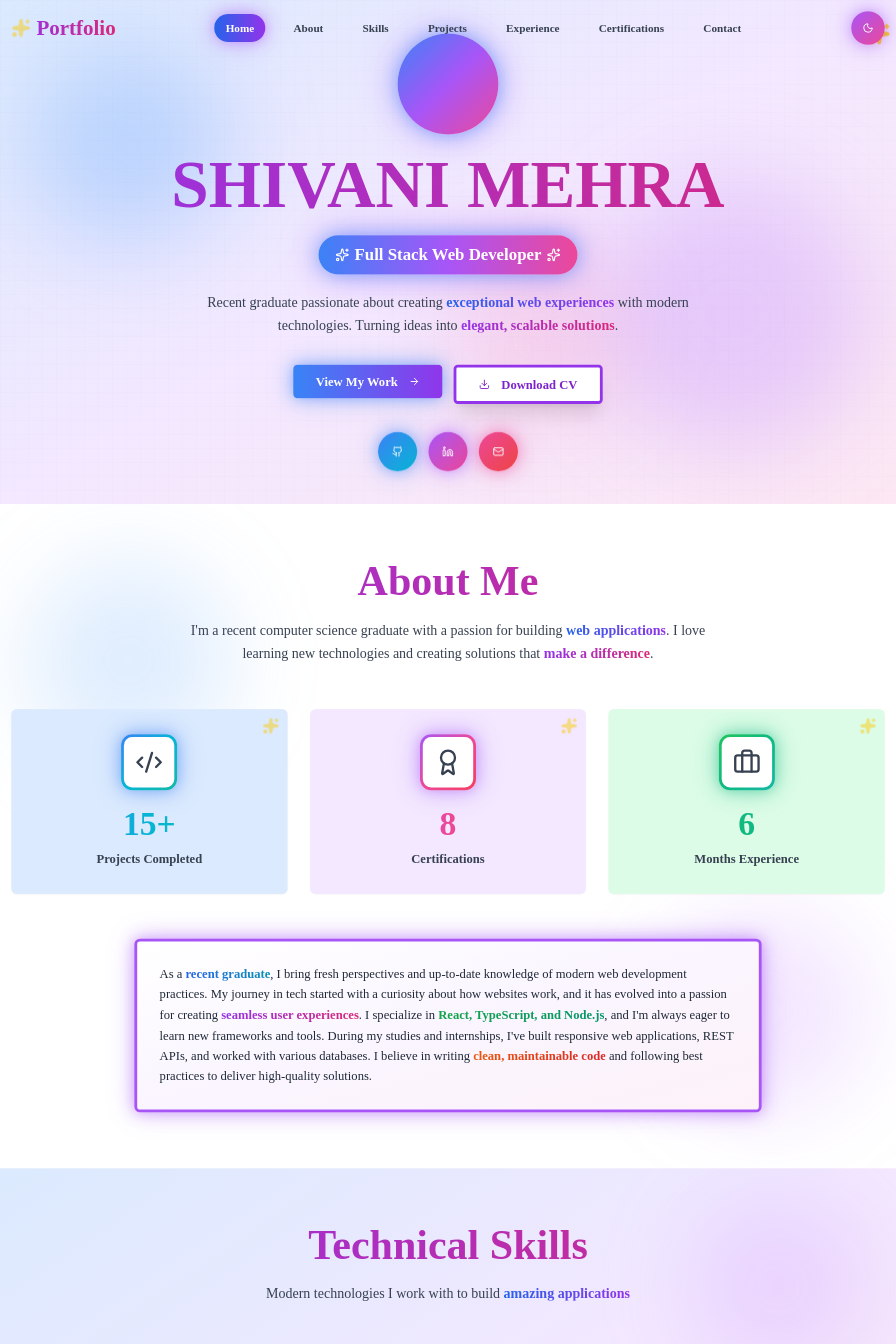
Repository: sm6746/PORTFOLIO
Page: /
An editor plug-in stored every save of this project. The page is shown before and after the next save, followed by the edit.
The browser window is 1280 px wide. The pictures show the part of the page from y = 0 to 1920 px (the page is 8297 px tall), at 70% of full size.
The project was rebuilt for these pictures with package versions that can differ from the ones it lists, and the page was loaded fresh each time. Also part of the build but not shown: vite.config.ts.

Above is the page before, as saved 2025-11-06 21:26:10.

### index.html
<!DOCTYPE html>
<html lang="en">
  <head>
    <meta charset="UTF-8" />
    <link rel="icon" type="image/svg+xml" href="/favicon.svg" />
    <meta name="viewport" content="width=device-width, initial-scale=1.0" />
    <title>Portfolio</title>
  </head>
  <body>
    <div id="root"></div>
    <script type="module" src="/app/main.tsx"></script>
  </body>
</html>

### app/main.tsx
import React from 'react'
import ReactDOM from 'react-dom/client'
import App from './app'
import './globals.css'

ReactDOM.createRoot(document.getElementById('root')!).render(
  <React.StrictMode>
    <App />
  </React.StrictMode>,
)

### app/app.tsx
import { ThemeProvider } from '@/lib/theme-context';
import { Header } from '@/components/header';
import { HeroSection } from '@/components/hero-section';
import { AboutSection } from '@/components/about-section';
import { SkillsSection } from '@/components/skills-section';
import { ProjectsSection } from '@/components/projects-section';
import { ExperienceSection } from '@/components/experience-section';
import { CertificationsSection } from '@/components/certifications-section';
import { ContactSection } from '@/components/contact-section';
import { Footer } from '@/components/footer';
import { ScrollToTop } from '@/components/scroll-to-top';

function App() {
  return (
    <ThemeProvider>
      <div className="min-h-screen bg-white dark:bg-gray-900 transition-colors duration-300">
        <Header />
        <main>
          <HeroSection />
          <AboutSection />
          <SkillsSection />
          <ProjectsSection />
          <ExperienceSection />
          <CertificationsSection />
          <ContactSection />
        </main>
        <Footer />
        <ScrollToTop />
      </div>
    </ThemeProvider>
  );
}

export default App;

### app/globals.css
@tailwind base;
@tailwind components;
@tailwind utilities;

@layer base {
  :root {
    --background: 0 0% 100%;
    --foreground: 222.2 84% 4.9%;
    --card: 0 0% 100%;
    --card-foreground: 222.2 84% 4.9%;
    --popover: 0 0% 100%;
    --popover-foreground: 222.2 84% 4.9%;
    --primary: 221.2 83.2% 53.3%;
    --primary-foreground: 210 40% 98%;
    --secondary: 210 40% 96.1%;
    --secondary-foreground: 222.2 47.4% 11.2%;
    --muted: 210 40% 96.1%;
    --muted-foreground: 215.4 16.3% 46.9%;
    --accent: 210 40% 96.1%;
    --accent-foreground: 222.2 47.4% 11.2%;
    --destructive: 0 84.2% 60.2%;
    --destructive-foreground: 210 40% 98%;
    --border: 214.3 31.8% 91.4%;
    --input: 214.3 31.8% 91.4%;
    --ring: 221.2 83.2% 53.3%;
    --radius: 0.5rem;
  }

  .dark {
    --background: 222.2 84% 4.9%;
    --foreground: 210 40% 98%;
    --card: 222.2 84% 4.9%;
    --card-foreground: 210 40% 98%;
    --popover: 222.2 84% 4.9%;
    --popover-foreground: 210 40% 98%;
    --primary: 217.2 91.2% 59.8%;
    --primary-foreground: 222.2 47.4% 11.2%;
    --secondary: 217.2 32.6% 17.5%;
    --secondary-foreground: 210 40% 98%;
    --muted: 217.2 32.6% 17.5%;
    --muted-foreground: 215 20.2% 65.1%;
    --accent: 217.2 32.6% 17.5%;
    --accent-foreground: 210 40% 98%;
    --destructive: 0 62.8% 30.6%;
    --destructive-foreground: 210 40% 98%;
    --border: 217.2 32.6% 17.5%;
    --input: 217.2 32.6% 17.5%;
    --ring: 224.3 76.3% 48%;
  }
}

@layer base {
  * {
    @apply border-border;
  }
  body {
    @apply bg-background text-foreground;
  }
}

@layer utilities {
  .bg-grid-pattern {
    background-image: linear-gradient(to right, rgba(0, 0, 0, 0.1) 1px, transparent 1px),
      linear-gradient(to bottom, rgba(0, 0, 0, 0.1) 1px, transparent 1px);
    background-size: 20px 20px;
  }

  .glow-blue {
    box-shadow: 0 0 20px rgba(59, 130, 246, 0.5), 0 0 40px rgba(59, 130, 246, 0.3);
  }

  .glow-purple {
    box-shadow: 0 0 20px rgba(168, 85, 247, 0.5), 0 0 40px rgba(168, 85, 247, 0.3);
  }

  .glow-pink {
    box-shadow: 0 0 20px rgba(236, 72, 153, 0.5), 0 0 40px rgba(236, 72, 153, 0.3);
  }

  .glow-green {
    box-shadow: 0 0 20px rgba(16, 185, 129, 0.5), 0 0 40px rgba(16, 185, 129, 0.3);
  }

  .glow-orange {
    box-shadow: 0 0 20px rgba(249, 115, 22, 0.5), 0 0 40px rgba(249, 115, 22, 0.3);
  }

  @keyframes float {
    0%, 100% { transform: translateY(0px); }
    50% { transform: translateY(-20px); }
  }

  .animate-float {
    animation: float 3s ease-in-out infinite;
  }

  @keyframes gradient-shift {
    0%, 100% { background-position: 0% 50%; }
    50% { background-position: 100% 50%; }
  }

  .animate-gradient {
    background-size: 200% 200%;
    animation: gradient-shift 3s ease infinite;
  }

  @keyframes pulse-glow {
    0%, 100% { box-shadow: 0 0 20px rgba(59, 130, 246, 0.4), 0 0 40px rgba(168, 85, 247, 0.2); }
    50% { box-shadow: 0 0 30px rgba(59, 130, 246, 0.6), 0 0 60px rgba(168, 85, 247, 0.4); }
  }

  .animate-pulse-glow {
    animation: pulse-glow 2s ease-in-out infinite;
  }
}

### lib/theme-context.tsx
import React, { createContext, useContext, useEffect, useState } from 'react';

type Theme = 'light' | 'dark';

type ThemeContextType = {
  theme: Theme;
  toggleTheme: () => void;
};

const ThemeContext = createContext<ThemeContextType | undefined>(undefined);

export function ThemeProvider({ children }: { children: React.ReactNode }) {
  const [theme, setTheme] = useState<Theme>(() => {
    const stored = localStorage.getItem('portfolio-theme');
    return (stored as Theme) || 'light';
  });

  useEffect(() => {
    localStorage.setItem('portfolio-theme', theme);
    document.documentElement.classList.toggle('dark', theme === 'dark');
  }, [theme]);

  const toggleTheme = () => {
    setTheme(prev => (prev === 'light' ? 'dark' : 'light'));
  };

  return (
    <ThemeContext.Provider value={{ theme, toggleTheme }}>
      {children}
    </ThemeContext.Provider>
  );
}

export function useTheme() {
  const context = useContext(ThemeContext);
  if (!context) {
    throw new Error('useTheme must be used within ThemeProvider');
  }
  return context;
}

### components/hero-section.tsx
import { ArrowRight, Download, Github, Linkedin, Mail, Sparkles } from 'lucide-react';
import { Button } from '@/components/ui/button';
import { useScrollAnimation } from '@/hooks/use-scroll-animation';

export function HeroSection() {
  const { ref, isVisible } = useScrollAnimation();

  const scrollToSection = (id: string) => {
    document.getElementById(id)?.scrollIntoView({ behavior: 'smooth' });
  };

  return (
    <section
      id="hero"
      ref={ref as React.RefObject<HTMLElement>}
      className="min-h-screen flex items-center justify-center relative overflow-hidden bg-gradient-to-br from-blue-100 via-purple-100 to-pink-100 dark:from-gray-900 dark:via-purple-900/20 dark:to-blue-900/20"
    >
      <div className="absolute inset-0 bg-grid-pattern opacity-10"></div>

      <div className="absolute top-20 left-10 w-72 h-72 bg-blue-400/30 rounded-full blur-3xl animate-float"></div>
      <div className="absolute bottom-20 right-10 w-96 h-96 bg-purple-400/30 rounded-full blur-3xl animate-float" style={{ animationDelay: '1s' }}></div>
      <div className="absolute top-1/2 left-1/2 w-64 h-64 bg-pink-400/20 rounded-full blur-3xl animate-float" style={{ animationDelay: '2s' }}></div>

      <div
        className={`container mx-auto px-4 text-center z-10 transition-all duration-1000 ${
          isVisible ? 'opacity-100 translate-y-0' : 'opacity-0 translate-y-10'
        }`}
      >
        <div className="mb-6 relative">
          {<div className="w-36 h-36 mx-auto rounded-full bg-gradient-to-br from-blue-500 via-purple-500 to-pink-500 p-1 shadow-2xl animate-pulse-glow">
            <div className="w-full h-full rounded-full bg-white dark:bg-gray-800 flex items-center justify-center text-5xl font-bold text-transparent bg-clip-text bg-gradient-to-br from-blue-600 via-purple-600 to-pink-600 animate-gradient">

            </div>
          </div>}
          <div className="absolute -top-2 -right-2 animate-bounce">
            <Sparkles className="h-8 w-8 text-yellow-400 fill-yellow-400" />
          </div>
        </div>

        <h1 className="text-6xl md:text-8xl font-extrabold mb-6 bg-gradient-to-r from-blue-600 via-purple-600 to-pink-600 dark:from-blue-400 dark:via-purple-400 dark:to-pink-400 bg-clip-text text-transparent animate-gradient">
          SHIVANI MEHRA
        </h1>

        <div className="inline-flex items-center gap-2 px-6 py-3 mb-6 rounded-full bg-gradient-to-r from-blue-500 via-purple-500 to-pink-500 text-white font-semibold shadow-lg animate-pulse-glow">
          <Sparkles className="h-5 w-5" />
          <span className="text-xl md:text-2xl">Full Stack Web Developer</span>
          <Sparkles className="h-5 w-5" />
        </div>

        <p className="text-xl text-gray-700 dark:text-gray-300 max-w-3xl mx-auto mb-10 leading-relaxed">
          Recent graduate passionate about creating <span className="font-bold text-transparent bg-clip-text bg-gradient-to-r from-blue-600 to-purple-600">exceptional web experiences</span> with modern technologies.
          Turning ideas into <span className="font-bold text-transparent bg-clip-text bg-gradient-to-r from-purple-600 to-pink-600">elegant, scalable solutions</span>.
        </p>

        <div className="flex flex-wrap gap-4 justify-center mb-10">
          <Button
            size="lg"
            onClick={() => scrollToSection('projects')}
            className="bg-gradient-to-r from-blue-600 via-blue-500 to-purple-600 hover:from-blue-700 hover:via-purple-600 hover:to-purple-700 text-white shadow-xl hover:shadow-2xl transform hover:scale-110 transition-all duration-300 px-8 py-6 text-lg font-bold animate-gradient glow-blue"
          >
            View My Work <ArrowRight className="ml-2 h-6 w-6" />
          </Button>
          <Button
            size="lg"
            variant="outline"
            onClick={() => scrollToSection('contact')}
            className="border-4 border-purple-600 text-purple-700 dark:text-purple-300 hover:bg-purple-100 dark:hover:bg-purple-900/30 shadow-xl hover:shadow-2xl transform hover:scale-110 transition-all duration-300 px-8 py-6 text-lg font-bold hover:border-pink-600"
          >
            <Download className="mr-2 h-6 w-6" />
            Download CV
          </Button>
        </div>

        <div className="flex gap-4 justify-center">
          <Button
            variant="ghost"
            size="icon"
            className="w-14 h-14 rounded-full bg-gradient-to-br from-blue-500 to-cyan-500 hover:from-blue-600 hover:to-cyan-600 text-white transform hover:scale-125 hover:rotate-12 transition-all duration-300 shadow-lg hover:shadow-xl glow-blue"
          >
            <Github className="h-7 w-7" />
          </Button>
          <Button
            variant="ghost"
            size="icon"
            className="w-14 h-14 rounded-full bg-gradient-to-br from-purple-500 to-pink-500 hover:from-purple-600 hover:to-pink-600 text-white transform hover:scale-125 hover:rotate-12 transition-all duration-300 shadow-lg hover:shadow-xl glow-purple"
          >
            <Linkedin className="h-7 w-7" />
          </Button>
          <Button
            variant="ghost"
            size="icon"
            className="w-14 h-14 rounded-full bg-gradient-to-br from-pink-500 to-red-500 hover:from-pink-600 hover:to-red-600 text-white transform hover:scale-125 hover:rotate-12 transition-all duration-300 shadow-lg hover:shadow-xl glow-pink"
          >
            <Mail className="h-7 w-7" />
          </Button>
        </div>
      </div>
    </section>
  );
}

### components/footer.tsx
import { Github, Linkedin, Mail, Twitter } from 'lucide-react';
import { Button } from '@/components/ui/button';

export function Footer() {
  return (
    <footer className="py-12 bg-gray-900 text-white">
      <div className="container mx-auto px-4">
        <div className="flex flex-col items-center gap-6">
          <div className="text-3xl font-bold bg-gradient-to-r from-blue-400 to-purple-400 bg-clip-text text-transparent">
            SHIVANI MEHRA
          </div>
          <p className="text-gray-400 text-center max-w-md">
            Building the future, one line of code at a time. Let's create something amazing together.
          </p>
          <div className="flex gap-4">
            <Button
              variant="ghost"
              size="icon"
              className="rounded-full hover:bg-blue-600/20 text-gray-300 hover:text-white transition-all"
            >
              <Github className="h-5 w-5" />
            </Button>
            <Button
              variant="ghost"
              size="icon"
              className="rounded-full hover:bg-blue-600/20 text-gray-300 hover:text-white transition-all"
            >
              <Linkedin className="h-5 w-5" />
            </Button>
            <Button
              variant="ghost"
              size="icon"
              className="rounded-full hover:bg-blue-600/20 text-gray-300 hover:text-white transition-all"
            >
              <Twitter className="h-5 w-5" />
            </Button>
            <Button
              variant="ghost"
              size="icon"
              className="rounded-full hover:bg-blue-600/20 text-gray-300 hover:text-white transition-all"
            >
              <Mail className="h-5 w-5" />
            </Button>
          </div>
          <div className="border-t border-gray-800 pt-6 w-full text-center">
            <p className="text-gray-500 text-sm">

            </p>
          </div>
        </div>
      </div>
    </footer>
  );
}

### components/scroll-to-top.tsx
import { Button } from '@/components/ui/button';
import { ArrowUp } from 'lucide-react';
import { useEffect, useState } from 'react';

export function ScrollToTop() {
  const [isVisible, setIsVisible] = useState(false);

  useEffect(() => {
    const toggleVisibility = () => {
      setIsVisible(window.scrollY > 500);
    };

    window.addEventListener('scroll', toggleVisibility);
    return () => window.removeEventListener('scroll', toggleVisibility);
  }, []);

  const scrollToTop = () => {
    window.scrollTo({ top: 0, behavior: 'smooth' });
  };

  if (!isVisible) return null;

  return (
    <Button
      onClick={scrollToTop}
      size="icon"
      className="fixed bottom-8 right-8 z-50 rounded-full shadow-lg bg-gradient-to-r from-blue-600 to-purple-600 hover:from-blue-700 hover:to-purple-700 animate-bounce"
    >
      <ArrowUp className="h-5 w-5" />
    </Button>
  );
}

### components/ui/button.tsx
import * as React from "react"
import { Slot } from "@radix-ui/react-slot"
import { cva, type VariantProps } from "class-variance-authority"

import { cn } from "@/lib/utlis"

const buttonVariants = cva(
  "inline-flex items-center justify-center gap-2 whitespace-nowrap rounded-md text-sm font-medium transition-colors focus-visible:outline-none focus-visible:ring-1 focus-visible:ring-ring disabled:pointer-events-none disabled:opacity-50 [&_svg]:pointer-events-none [&_svg]:size-4 [&_svg]:shrink-0",
  {
    variants: {
      variant: {
        default:
          "bg-primary text-primary-foreground shadow hover:bg-primary/90",
        destructive:
          "bg-destructive text-destructive-foreground shadow-sm hover:bg-destructive/90",
        outline:
          "border border-input bg-background shadow-sm hover:bg-accent hover:text-accent-foreground",
        secondary:
          "bg-secondary text-secondary-foreground shadow-sm hover:bg-secondary/80",
        ghost: "hover:bg-accent hover:text-accent-foreground",
        link: "text-primary underline-offset-4 hover:underline",
      },
      size: {
        default: "h-9 px-4 py-2",
        sm: "h-8 rounded-md px-3 text-xs",
        lg: "h-10 rounded-md px-8",
        icon: "h-9 w-9",
      },
    },
    defaultVariants: {
      variant: "default",
      size: "default",
    },
  }
)

export interface ButtonProps
  extends React.ButtonHTMLAttributes<HTMLButtonElement>,
    VariantProps<typeof buttonVariants> {
  asChild?: boolean
}

const Button = React.forwardRef<HTMLButtonElement, ButtonProps>(
  ({ className, variant, size, asChild = false, ...props }, ref) => {
    const Comp = asChild ? Slot : "button"
    return (
      <Comp
        className={cn(buttonVariants({ variant, size, className }))}
        ref={ref}
        {...props}
      />
    )
  }
)
Button.displayName = "Button"

export { Button, buttonVariants }

### hooks/use-scroll-animation.ts
import { useEffect, useRef, useState } from 'react';

export function useScrollAnimation() {
  const ref = useRef<HTMLElement>(null);
  const [isVisible, setIsVisible] = useState(false);

  useEffect(() => {
    const observer = new IntersectionObserver(
      ([entry]) => {
        if (entry.isIntersecting) {
          setIsVisible(true);
        }
      },
      { threshold: 0.1 }
    );

    if (ref.current) {
      observer.observe(ref.current);
    }

    return () => {
      if (ref.current) {
        observer.unobserve(ref.current);
      }
    };
  }, []);

  return { ref, isVisible };
}

### components/ui/card.tsx
import * as React from "react"

import { cn } from "@/lib/utlis"

const Card = React.forwardRef<
  HTMLDivElement,
  React.HTMLAttributes<HTMLDivElement>
>(({ className, ...props }, ref) => (
  <div
    ref={ref}
    className={cn(
      "rounded-lg border bg-card text-card-foreground shadow-sm",
      className,
    )}
    {...props}
  />
))
Card.displayName = "Card"

const CardHeader = React.forwardRef<
  HTMLDivElement,
  React.HTMLAttributes<HTMLDivElement>
>(({ className, ...props }, ref) => (
  <div
    ref={ref}
    className={cn("flex flex-col space-y-1.5 p-6", className)}
    {...props}
  />
))
CardHeader.displayName = "CardHeader"

const CardTitle = React.forwardRef<
  HTMLParagraphElement,
  React.HTMLAttributes<HTMLHeadingElement>
>(({ className, ...props }, ref) => (
  <h3
    ref={ref}
    className={cn(
      "text-2xl font-semibold leading-none tracking-tight",
      className,
    )}
    {...props}
  />
))
CardTitle.displayName = "CardTitle"

const CardDescription = React.forwardRef<
  HTMLParagraphElement,
  React.HTMLAttributes<HTMLParagraphElement>
>(({ className, ...props }, ref) => (
  <p
    ref={ref}
    className={cn("text-sm text-muted-foreground", className)}
    {...props}
  />
))
CardDescription.displayName = "CardDescription"

const CardContent = React.forwardRef<
  HTMLDivElement,
  React.HTMLAttributes<HTMLDivElement>
>(({ className, ...props }, ref) => (
  <div ref={ref} className={cn("p-6 pt-0", className)} {...props} />
))
CardContent.displayName = "CardContent"

const CardFooter = React.forwardRef<
  HTMLDivElement,
  React.HTMLAttributes<HTMLDivElement>
>(({ className, ...props }, ref) => (
  <div
    ref={ref}
    className={cn("flex items-center p-6 pt-0", className)}
    {...props}
  />
))
CardFooter.displayName = "CardFooter"

export { Card, CardHeader, CardFooter, CardTitle, CardDescription, CardContent }

### components/ui/badge.tsx
import * as React from "react"
import { cva, type VariantProps } from "class-variance-authority"

import { cn } from "@/lib/utlis"

const badgeVariants = cva(
  "inline-flex items-center rounded-md border px-2.5 py-0.5 text-xs font-semibold transition-colors focus:outline-none focus:ring-2 focus:ring-ring focus:ring-offset-2",
  {
    variants: {
      variant: {
        default:
          "border-transparent bg-primary text-primary-foreground shadow hover:bg-primary/80",
        secondary:
          "border-transparent bg-secondary text-secondary-foreground hover:bg-secondary/80",
        destructive:
          "border-transparent bg-destructive text-destructive-foreground shadow hover:bg-destructive/80",
        outline: "text-foreground",
      },
    },
    defaultVariants: {
      variant: "default",
    },
  }
)

export interface BadgeProps
  extends React.HTMLAttributes<HTMLDivElement>,
    VariantProps<typeof badgeVariants> {}

function Badge({ className, variant, ...props }: BadgeProps) {
  return (
    <div className={cn(badgeVariants({ variant }), className)} {...props} />
  )
}

export { Badge, badgeVariants }

### components/ui/input.tsx
import * as React from "react"

import { cn } from "@/lib/utlis"

const Input = React.forwardRef<HTMLInputElement, React.ComponentProps<"input">>(
  ({ className, type, ...props }, ref) => {
    return (
      <input
        type={type}
        className={cn(
          "flex h-9 w-full rounded-md border border-input bg-transparent px-3 py-1 text-base shadow-sm transition-colors file:border-0 file:bg-transparent file:text-sm file:font-medium file:text-foreground placeholder:text-muted-foreground focus-visible:outline-none focus-visible:ring-1 focus-visible:ring-ring disabled:cursor-not-allowed disabled:opacity-50 md:text-sm",
          className
        )}
        ref={ref}
        {...props}
      />
    )
  }
)
Input.displayName = "Input"

export { Input }

### components/ui/textarea.tsx
import * as React from "react"

import { cn } from "@/lib/utlis"

const Textarea = React.forwardRef<
  HTMLTextAreaElement,
  React.ComponentProps<"textarea">
>(({ className, ...props }, ref) => {
  return (
    <textarea
      className={cn(
        "flex min-h-[60px] w-full rounded-md border border-input bg-transparent px-3 py-2 text-base shadow-sm placeholder:text-muted-foreground focus-visible:outline-none focus-visible:ring-1 focus-visible:ring-ring disabled:cursor-not-allowed disabled:opacity-50 md:text-sm",
        className
      )}
      ref={ref}
      {...props}
    />
  )
})
Textarea.displayName = "Textarea"

export { Textarea }

Loaded but not shown: lib/utlis.tsx (common file); tailwind.config.js (62 lines, source omitted); components/projects-section.tsx (180 lines, source omitted); components/contact-section.tsx (144 lines, source omitted); components/experience-section.tsx (143 lines, source omitted); components/certifications-section.tsx (150 lines, source omitted); components/about-section.tsx (79 lines, source omitted); components/skills-section.tsx (112 lines, source omitted); components/header.tsx (82 lines, source omitted)

After the next save:
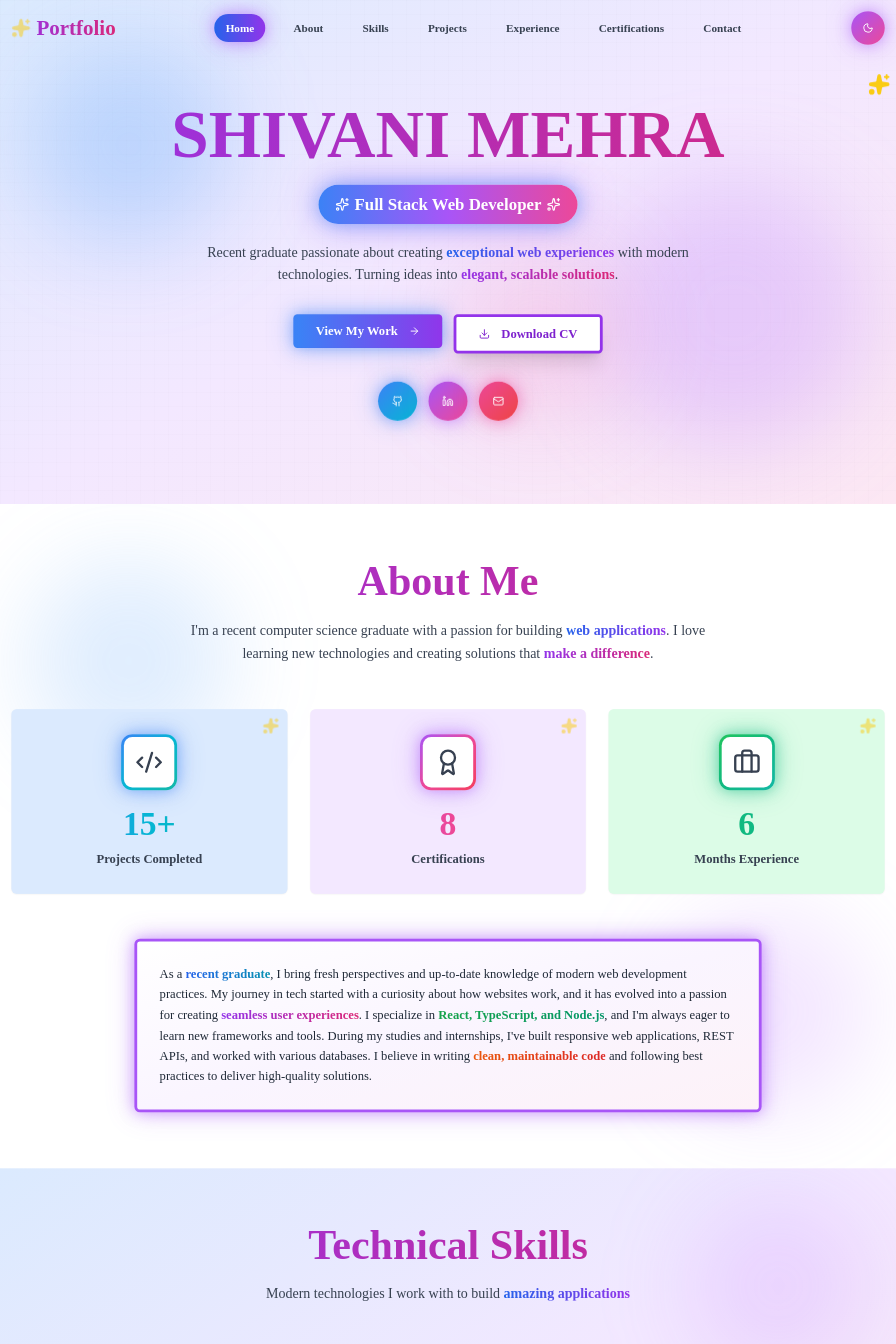
Saved 3 min 8 s later.
--- a/components/hero-section.tsx
+++ b/components/hero-section.tsx
@@ -27,11 +27,7 @@ export function HeroSection() {
         }`}
       >
         <div className="mb-6 relative">
-          {<div className="w-36 h-36 mx-auto rounded-full bg-gradient-to-br from-blue-500 via-purple-500 to-pink-500 p-1 shadow-2xl animate-pulse-glow">
-            <div className="w-full h-full rounded-full bg-white dark:bg-gray-800 flex items-center justify-center text-5xl font-bold text-transparent bg-clip-text bg-gradient-to-br from-blue-600 via-purple-600 to-pink-600 animate-gradient">
 
-            </div>
-          </div>}
           <div className="absolute -top-2 -right-2 animate-bounce">
             <Sparkles className="h-8 w-8 text-yellow-400 fill-yellow-400" />
           </div>
